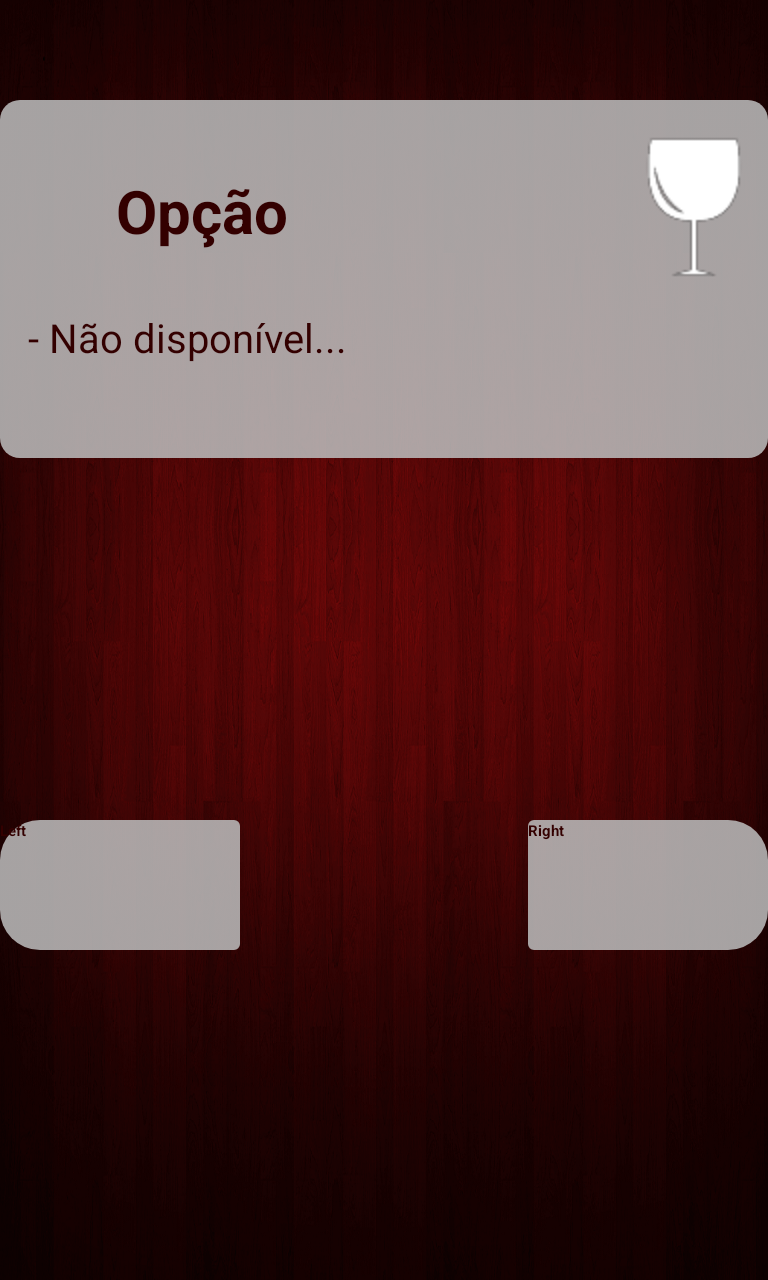
Repository: LuisFilipeDias/eMenu
Layout: SideMenuTutorial/res/layout/display_fragment.xml
The author's editor kept a copy of each file at every save. The layout is drawn from the files as they stood at one save, then again after the next save.
It is drawn on a 768 x 1280 px phone screen (xhdpi) without system bars, with theme Theme.Sherlock; the app's code is not run.

Above is the layout before, as saved 2013-12-23 19:01:51.

### SideMenuTutorial/res/layout/display_fragment.xml
<LinearLayout xmlns:android="http://schemas.android.com/apk/res/android"
    xmlns:tools="http://schemas.android.com/tools"
    android:id="@+id/scrollView1"
    android:layout_width="match_parent"
    android:layout_height="match_parent"
	android:layout_marginLeft="15dp"
	android:layout_marginRight="15dp"
    android:orientation="vertical"
    android:background="@drawable/back_a"
    tools:context=".MainActivity" >

	<ScrollView
	    android:layout_width="match_parent"
	    android:layout_height="match_parent" >


    <RelativeLayout
        android:layout_width="match_parent"
        android:layout_height="match_parent">

	    <ScrollView
            android:id="@+id/display_scroll"
	        android:layout_width="match_parent"
	        android:layout_height="380dp" >

            <RelativeLayout
                android:id="@+id/display_ll_1"
                android:layout_width="match_parent"
                android:layout_height="wrap_content"
                android:layout_marginBottom="100dp"
                android:layout_marginTop="50dp"
                android:background="@drawable/center_clicked"
                android:orientation="vertical" >

                <TextView
                    android:id="@+id/bogus_ttl"
                    android:layout_width="202dp"
                    android:layout_height="wrap_content"
                    android:layout_marginBottom="20dp"
                    android:layout_marginTop="35dp"
                    android:layout_alignParentLeft="true"
                    android:gravity="center_horizontal|center_vertical"
                    android:text="@string/bogus_ttl"
                    android:textAppearance="?android:attr/textAppearanceLarge"
                    android:textColor="@color/brown"
                    android:textSize="30sp"
                    android:textStyle="bold" />

                <TextView
                    android:id="@+id/bogus_ttl"
                    android:layout_width="75dp"
                    android:layout_height="75dp"
                    android:layout_alignParentRight="true"
                    android:layout_marginTop="15dp"
                    android:layout_marginLeft="15dp"
                    android:background="@drawable/drink"
                    android:gravity="center_horizontal|center_vertical"
                    android:textAppearance="?android:attr/textAppearanceLarge"
                    android:textColor="@color/brown"
                    android:textSize="30sp"
                    android:textStyle="bold" />

                <RelativeLayout
                    android:id="@+id/disp_rel2"
                    android:layout_width="match_parent"
                    android:layout_height="wrap_content"
                    android:layout_marginTop="15dp"
                    android:orientation="vertical"
                    android:layout_below="@+id/bogus_ttl" >

                    <TextView
                        android:id="@+id/bogus_txt"
                        android:layout_width="wrap_content"
                        android:layout_height="wrap_content"
                        android:layout_alignParentLeft="true"
                        android:layout_alignParentTop="true"
                        android:layout_marginLeft="14dp"
                        android:maxWidth="230dp"
                        android:text="@string/bogus_txt"
                        android:textAppearance="?android:attr/textAppearanceLarge"
                        android:textColor="@color/brown"
                        android:textSize="20sp" />

                    <TextView
                        android:id="@+id/bogus_price"
                        android:layout_width="wrap_content"
                        android:layout_height="wrap_content"
                        android:layout_alignParentRight="true"
                        android:layout_alignParentTop="true"
                        android:layout_marginRight="14dp"
                        android:gravity="center_horizontal"
                        android:text="@string/bogus_price"
                        android:textAppearance="?android:attr/textAppearanceLarge"
                        android:textColor="@color/brown"
                        android:textSize="20sp"
                        android:textStyle="bold" />
                </RelativeLayout>
            </RelativeLayout>
    	</ScrollView>

	        <RelativeLayout
	            android:layout_marginTop="30dp"
	            android:layout_width="match_parent"
	            android:layout_height="match_parent"
	            android:layout_alignParentBottom="true"
	            android:layout_below="@+id/display_scroll" >

	            <Button
	                android:id="@+id/right_button"
	                android:text="@string/right_btn_txt"
                    android:textColor="@color/brown"
	                android:textStyle="bold"
	                android:layout_width="120dp"
	                android:layout_height="65dp"
	                android:background="@drawable/right_tri_clicked"
	                android:orientation="vertical"
	                android:layout_alignParentRight="true"
	                android:onClick="rightClicked" >
	            </Button>

	            <Button
	                android:id="@+id/left_button"
	                android:text="@string/left_btn_txt"
                    android:textColor="@color/brown"
	                android:textStyle="bold"
	                android:layout_width="120dp"
	                android:layout_height="65dp"
	                android:background="@drawable/left_tri_clicked"
	                android:orientation="vertical"
	                android:layout_alignParentLeft="true"
	                android:onClick="leftClicked" >
	            </Button>
        	</RelativeLayout>
    </RelativeLayout>
    </ScrollView>

</LinearLayout>

### SideMenuTutorial/res/drawable/center_clicked.xml
<?xml version="1.0" encoding="utf-8"?>
<selector xmlns:android="http://schemas.android.com/apk/res/android">
<!-- Button Focused-->
    <item   android:state_focused="true"
            android:state_pressed="false"
            android:drawable="@drawable/center_bg"
            />
<!-- Button Focused Pressed-->
    <item   android:state_focused="true"
            android:state_pressed="true"
            android:drawable="@drawable/center_bg"
            />
<!-- Button Pressed-->
    <item   android:state_focused="false"
            android:state_pressed="true"
            android:drawable="@drawable/center_bg"
            />
<!-- Button Default Image-->
    <item   android:drawable="@drawable/center_hover"/>

</selector>

### SideMenuTutorial/res/values/strings.xml
<?xml version="1.0" encoding="utf-8"?>
<resources>


    <string name="drawer_close">drawer_close</string>
    <string name="drawer_open">drawer_open</string>
    <string name="title_activity_fetch_database">title_activity_fetch_database</string>
    <string name="title_activity_main">Escolher Restaurante</string>
    <string name="title_activity_display">Escolher Opção</string>
    <string name="title_activity_menu">Restaurantes</string>
    <string name="title_display_activity">Escolher</string>
    <string name="action_settings">action_settings</string>
    <string name="Fragment1">Fragment1</string>
    <string name="Fragment2">Fragment2</string>
    <string name="Fragment3">Fragment3</string>
    <string name="hello_world">Hello</string>
    <string name="Fragment1">Fragment1</string>
    <string name="menu_settings">Definições</string>

    <string name="menu_txt">Menus</string>
    <string name="entry_txt">Entradas</string>
    <string name="meat_txt">Pratos de Carne</string>
    <string name="fish_txt">Pratos de peixe</string>
    <string name="others_txt">Outros Pratos</string>
    <string name="deserts_txt">Sobremesas</string>
    <string name="drinks_txt">Bebidas</string>

    <string name="app_name">eMenu</string>
    <string name="carte_ttl">Ementas</string>
    <string name="info_ttl">Informações</string>

    <string name="resumee_ttl">Resumo:</string>
    <string name="resumee_txt">.    Não definido    </string>
    <string name="website_ttl">Website:</string>
    <string name="website_txt">.    Não definido    </string>
    <string name="location_ttl">Localização:</string>
    <string name="location_txt">.    Não definido    </string>
    <string name="contacts_ttl">Contactos:</string>
    <string name="phone_txt">- Telefones -</string>
    <string name="email_txt">- Emails -</string>

    <string name="bogus_ttl">Opção</string>
    <string name="bogus_txt"> - Não disponível...\n\n</string>
    <string name="bogus_price"> </string>

    <string name="left_btn_txt">Left</string>
    <string name="right_btn_txt">Right</string>
</resources>

### SideMenuTutorial/res/values/colors.xml
<?xml version="1.0" encoding="utf-8"?>
<resources>
        <color name="background_color">#888888</color>
        <color name="text_color">#00FFFF</color>
        <color name="random_color">#0000FF</color>
        <color name="light_grey">#EBEBEB</color>
        <color name="medium_grey">#A0A0A0</color>
        <color name="dark_grey">#646464</color>
        <color name="light_red">#FFE2E2</color>
        <color name="medium_red">#FFB4B4</color>
        <color name="light_blue">#E2E2FF</color>
        <color name="medium_blue">#B4B4FF</color>
        <color name="dark_blue">#0000FF</color>
        <color name="light_green">#E2FFE2</color>
        <color name="medium_green">#B4FFB4</color>
        <color name="emenu_color">#9F9F9F</color>
        <color name="light_orange">#FFC983</color>
        <color name="medium_orange">#FFB778</color>
        <color name="light_yellow">#FFFFBF</color>
        <color name="medium_yellow">#FFFFA3</color>
        <color name="white">#FFFFFF</color>
        <color name="top_blue">#3399CC</color>
        <color name="brown">#330000</color>
</resources>

### SideMenuTutorial/res/drawable/right_tri_clicked.xml
<?xml version="1.0" encoding="utf-8"?>
<selector xmlns:android="http://schemas.android.com/apk/res/android">
<!-- Button Focused-->
    <item   android:state_focused="true"
            android:state_pressed="false"
            android:drawable="@drawable/right_tri_bg"
            />
<!-- Button Focused Pressed-->
    <item   android:state_focused="true"
            android:state_pressed="true"
            android:drawable="@drawable/right_tri_bg"
            />
<!-- Button Pressed-->
    <item   android:state_focused="false"
            android:state_pressed="true"
            android:drawable="@drawable/right_tri_bg"
            />
<!-- Button Default Image-->
    <item   android:drawable="@drawable/right_tri_hover"/>

</selector>

### SideMenuTutorial/res/drawable/left_tri_clicked.xml
<?xml version="1.0" encoding="utf-8"?>
<selector xmlns:android="http://schemas.android.com/apk/res/android">
<!-- Button Focused-->
    <item   android:state_focused="true"
            android:state_pressed="false"
            android:drawable="@drawable/left_tri_bg"
            />
<!-- Button Focused Pressed-->
    <item   android:state_focused="true"
            android:state_pressed="true"
            android:drawable="@drawable/left_tri_bg"
            />
<!-- Button Pressed-->
    <item   android:state_focused="false"
            android:state_pressed="true"
            android:drawable="@drawable/left_tri_bg"
            />
<!-- Button Default Image-->
    <item   android:drawable="@drawable/left_tri_hover"/>

</selector>

### SideMenuTutorial/res/drawable/left_tri_bg.xml
<?xml version="1.0" encoding="UTF-8"?>
<shape xmlns:android="http://schemas.android.com/apk/res/android">
<!--this is to give gradient effect -->
<gradient   android:angle="270"
            android:startColor="#FFFFFFFF"
            android:endColor="#FFFFFFFF"
            />
<!-- this is make corners of button rounded -->
<corners    android:topLeftRadius="20dip"
               android:bottomRightRadius="3dip"
               android:topRightRadius="3dip"
               android:bottomLeftRadius="20dip"/>

</shape>

### SideMenuTutorial/res/drawable/left_tri_hover.xml
<?xml version="1.0" encoding="UTF-8"?>
<shape xmlns:android="http://schemas.android.com/apk/res/android">
<!--this is to give gradient effect -->
<gradient   android:angle="270"
               android:startColor="#DDBBBBBB"
               android:endColor="#DDBBBBBB"
               />
<!-- this is make corners of button rounded -->
<corners    android:topLeftRadius="20dip"
               android:bottomRightRadius="3dip"
               android:topRightRadius="3dip"
               android:bottomLeftRadius="20dip"/>

</shape>

### SideMenuTutorial/res/drawable/right_tri_bg.xml
<?xml version="1.0" encoding="UTF-8"?>
<shape xmlns:android="http://schemas.android.com/apk/res/android">
<!--this is to give gradient effect -->
<gradient   android:angle="270"
            android:startColor="#FFFFFFFF"
            android:endColor="#FFFFFFFF"
            />
<!-- this is make corners of button rounded -->
<corners    android:topLeftRadius="3dip"
               android:bottomRightRadius="20dip"
               android:topRightRadius="20dip"
               android:bottomLeftRadius="3dip"/>

</shape>

### SideMenuTutorial/res/drawable/right_tri_hover.xml
<?xml version="1.0" encoding="UTF-8"?>
<shape xmlns:android="http://schemas.android.com/apk/res/android">
<!--this is to give gradient effect -->
<gradient   android:angle="270"
               android:startColor="#DDBBBBBB"
               android:endColor="#DDBBBBBB"
               />
<!-- this is make corners of button rounded -->
<corners    android:topLeftRadius="3dip"
               android:bottomRightRadius="20dip"
               android:topRightRadius="20dip"
               android:bottomLeftRadius="3dip"/>

</shape>

### SideMenuTutorial/res/drawable/center_bg.xml
<?xml version="1.0" encoding="UTF-8"?>
<shape xmlns:android="http://schemas.android.com/apk/res/android">
<!--this is to give gradient effect -->
<gradient   android:angle="270"
            android:startColor="#FFFFFFFF"
            android:endColor="#FFFFFFFF"
            />
<!-- this is make corners of button rounded -->
<corners    android:topLeftRadius="10dip"
               android:bottomRightRadius="10dip"
               android:topRightRadius="10dip"
               android:bottomLeftRadius="10dip"/>

</shape>

### SideMenuTutorial/res/drawable/center_hover.xml
<?xml version="1.0" encoding="UTF-8"?>
<shape xmlns:android="http://schemas.android.com/apk/res/android">
<!--this is to give gradient effect -->
<gradient   android:angle="270"
               android:startColor="#DDBBBBBB"
               android:endColor="#DDBBBBBB"
               />
<!-- this is make corners of button rounded -->
<corners    android:topLeftRadius="10dip"
               android:bottomRightRadius="10dip"
               android:topRightRadius="10dip"
               android:bottomLeftRadius="10dip"/>

</shape>

After the next save:
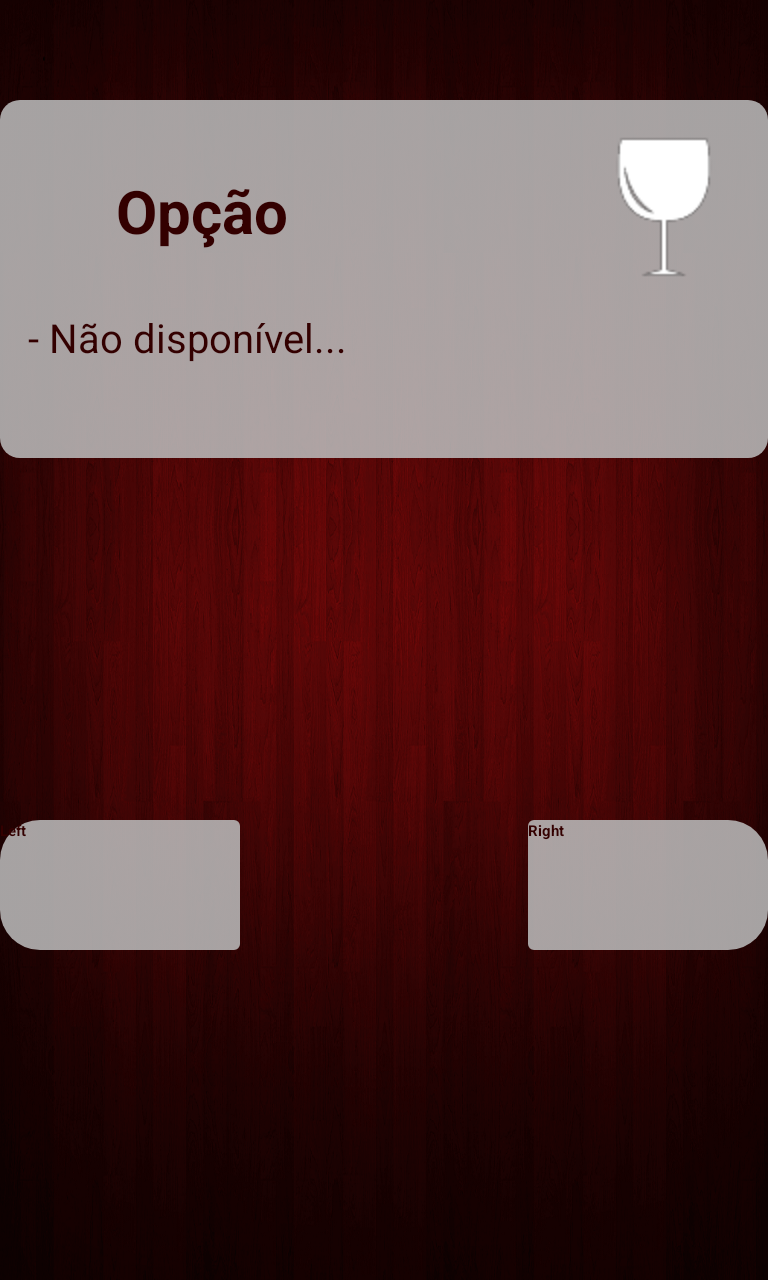
Saved 10 s later.
--- a/SideMenuTutorial/res/layout/display_fragment.xml
+++ b/SideMenuTutorial/res/layout/display_fragment.xml
@@ -52,7 +52,7 @@
                     android:layout_height="75dp"
                     android:layout_alignParentRight="true"
                     android:layout_marginTop="15dp"
-                    android:layout_marginLeft="15dp"
+                    android:layout_marginRight="15dp"
                     android:background="@drawable/drink"
                     android:gravity="center_horizontal|center_vertical"
                     android:textAppearance="?android:attr/textAppearanceLarge"
